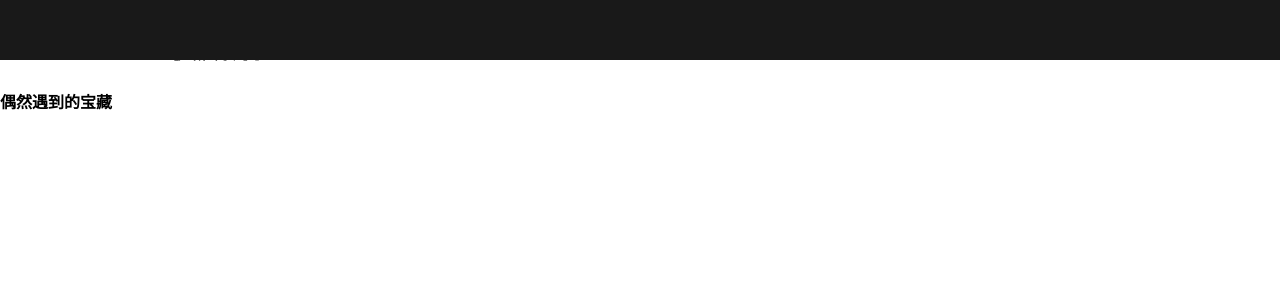
Repository: superhos/wevorites
Page: app/view/show.html
An editor plug-in stored every save of this project. The page is shown before and after the next save, followed by the edit.
The browser window is 1280 px wide. The pictures show the whole page.

Above is the page before, as saved 2019-01-03 16:04:21.

### app/view/show.html
<!DOCTYPE html>
<html lang="en">
<head>
    <meta charset="UTF-8">
    <meta name="viewport" content="width=device-width, initial-scale=1.0">
    <meta http-equiv="X-UA-Compatible" content="ie=edge">
    <title><%-title%></title>
    <link rel="stylesheet" href="/public/css/style.css">
</head>
<body>
    <!-- 使用模板数据 -->
    <div id="app">
        <header></header>
        <div class="title">
            <h1><%-title%>收藏馆</h1>
            <h4>偶然遇到的宝藏</h4>
        </div>
    </div>
    <script src="https://cdn.jsdelivr.net/npm/vue"></script>
    <script>
        var app = new Vue({
            el: '#app',
            data: {
                message: 'Hello Vue!'
            }
        })
    </script>
</body>
</html>

### app/public/css/style.css
html,body {
  margin:0;
  padding:0;
}

header {
  background: #191919;
  height: 60px;
  position: fixed;
  top: 0;
  width: 100%;
  z-index: 5;
}

After the next save:
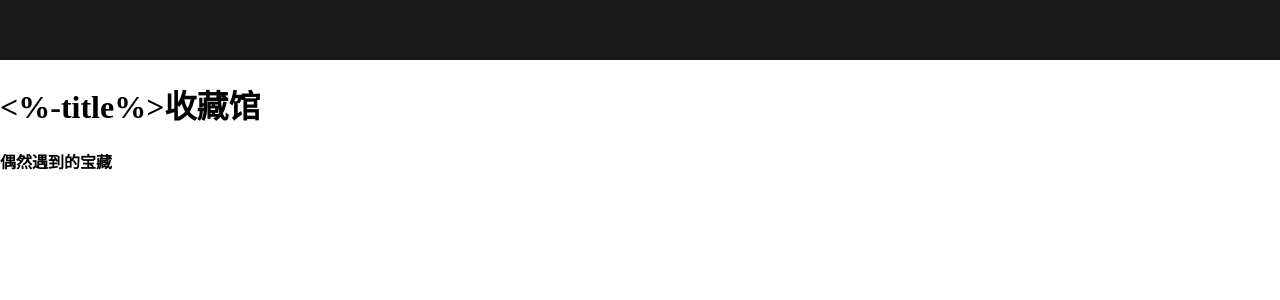
Saved 9 s later.
--- a/app/public/css/style.css
+++ b/app/public/css/style.css
@@ -6,8 +6,6 @@
 header {
   background: #191919;
   height: 60px;
-  position: fixed;
-  top: 0;
   width: 100%;
   z-index: 5;
 }
